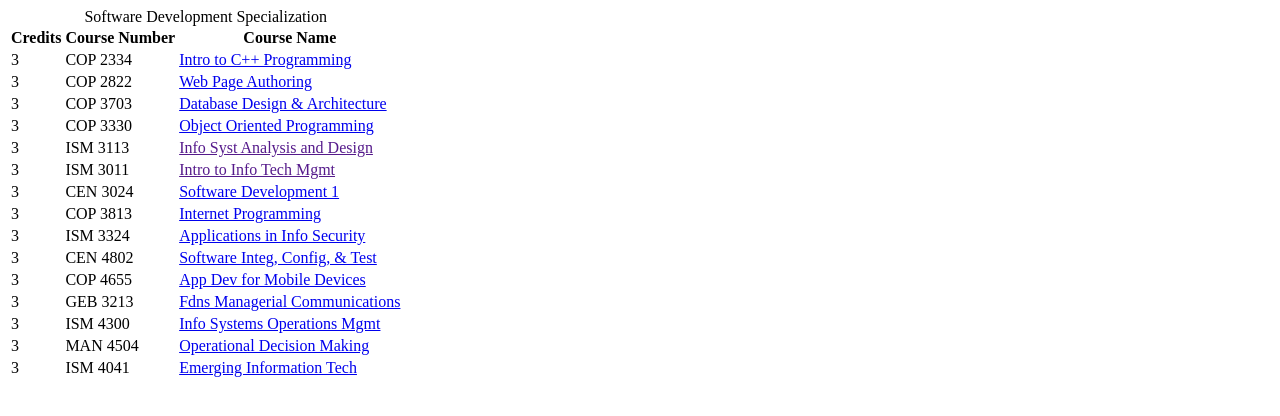
Repository: mlmEFSC21/P3-DegreeSpecializationTable
Page: index.html
An editor plug-in stored every save of this project. The page is shown before and after the next save, followed by the edit.
The browser window is 1280 px wide. The pictures show the whole page.

Above is the page before, as saved 2022-02-01 20:34:17.

### index.html
<!DOCTYPE html>
<html lang="en">
    <head>
        <meta charset="UTF-8" />
        <meta http-equiv="X-UA-Compatible" content="IE=edge" />
        <meta name="viewport" content="width=device-width, initial-scale=1.0" />
        <title>Degree Specialization Table</title>
    </head>
    <body>
        <table>
            <caption class="tableTitle">
                Software Development Specialization
            </caption>
            <tr class="colTitles">
                <th>Credits</th>
                <th>Course Number</th>
                <th>Course Name</th>
            </tr>
            <tr>
                <td>3</td>
                <td>COP 2334</td>
                <td>
                    <a
                        href="https://bannerweb.easternflorida.edu/prod/bwckctlg.p_disp_course_detail?cat_term_in=202210&subj_code_in=COP&crse_numb_in=1000"
                        >Intro to C++ Programming</a
                    >
                </td>
            </tr>
            <tr>
                <td>3</td>
                <td>COP 2822</td>
                <td>
                    <a
                        href="https://bannerweb.easternflorida.edu/prod/bwckctlg.p_disp_course_detail?cat_term_in=202210&subj_code_in=COP&crse_numb_in=2822"
                        >Web Page Authoring</a
                    >
                </td>
            </tr>
            <tr>
                <td>3</td>
                <td>COP 3703</td>
                <td>
                    <a
                        href="https://bannerweb.easternflorida.edu/prod/bwckctlg.p_disp_course_detail?cat_term_in=202210&subj_code_in=COP&crse_numb_in=3703"
                        >Database Design & Architecture</a
                    >
                </td>
            </tr>
            <tr>
                <td>3</td>
                <td>COP 3330</td>
                <td>
                    <a
                        href="https://bannerweb.easternflorida.edu/prod/bwckctlg.p_disp_course_detail?cat_term_in=202210&subj_code_in=COP&crse_numb_in=3330"
                        >Object Oriented Programming</a
                    >
                </td>
            </tr>
            <tr>
                <td>3</td>
                <td>ISM 3113</td>
                <td><a href="">Info Syst Analysis and Design</a></td>
            </tr>
            <tr>
                <td>3</td>
                <td>ISM 3011</td>
                <td><a href="">Intro to Info Tech Mgmt</a></td>
            </tr>
            <tr>
                <td>3</td>
                <td>CEN 3024</td>
                <td>
                    <a
                        href="https://bannerweb.easternflorida.edu/prod/bwckctlg.p_disp_course_detail?cat_term_in=202210&subj_code_in=CEN&crse_numb_in=3024"
                        >Software Development 1</a
                    >
                </td>
            </tr>
            <tr>
                <td>3</td>
                <td>COP 3813</td>
                <td>
                    <a
                        href="https://bannerweb.easternflorida.edu/prod/bwckctlg.p_disp_course_detail?cat_term_in=202210&subj_code_in=COP&crse_numb_in=3813"
                        >Internet Programming</a
                    >
                </td>
            </tr>
            <tr>
                <td>3</td>
                <td>ISM 3324</td>
                <td>
                    <a
                        href="https://bannerweb.easternflorida.edu/prod/bwckctlg.p_disp_course_detail?cat_term_in=202210&subj_code_in=ISM&crse_numb_in=3324"
                        >Applications in Info Security</a
                    >
                </td>
            </tr>
            <tr>
                <td>3</td>
                <td>CEN 4802</td>
                <td>
                    <a
                        href="https://bannerweb.easternflorida.edu/prod/bwckctlg.p_disp_course_detail?cat_term_in=202210&subj_code_in=CEN&crse_numb_in=4802"
                        >Software Integ, Config, & Test</a
                    >
                </td>
            </tr>
            <tr>
                <td>3</td>
                <td>COP 4655</td>
                <td>
                    <a
                        href="https://bannerweb.easternflorida.edu/prod/bwckctlg.p_disp_course_detail?cat_term_in=202210&subj_code_in=COP&crse_numb_in=4655"
                        >App Dev for Mobile Devices</a
                    >
                </td>
            </tr>
            <tr>
                <td>3</td>
                <td>GEB 3213</td>
                <td>
                    <a
                        href="https://bannerweb.easternflorida.edu/prod/bwckctlg.p_disp_course_detail?cat_term_in=202210&subj_code_in=GEB&crse_numb_in=3213"
                        >Fdns Managerial Communications</a
                    >
                </td>
            </tr>
            <tr>
                <td>3</td>
                <td>ISM 4300</td>
                <td>
                    <a
                        href="https://bannerweb.easternflorida.edu/prod/bwckctlg.p_disp_course_detail?cat_term_in=202210&subj_code_in=ISM&crse_numb_in=4300"
                        >Info Systems Operations Mgmt</a
                    >
                </td>
            </tr>
            <tr>
                <td>3</td>
                <td>MAN 4504</td>
                <td>
                    <a
                        href="https://bannerweb.easternflorida.edu/prod/bwckctlg.p_disp_course_detail?cat_term_in=202210&subj_code_in=MAN&crse_numb_in=4504"
                        >Operational Decision Making</a
                    >
                </td>
            </tr>
            <tr>
                <td>3</td>
                <td>ISM 4041</td>
                <td>
                    <a
                        href="https://bannerweb.easternflorida.edu/prod/bwckctlg.p_disp_course_detail?cat_term_in=202210&subj_code_in=ISM&crse_numb_in=4041"
                        >Emerging Information Tech</a
                    >
                </td>
            </tr>
        </table>
    </body>
</html>

After the next save:
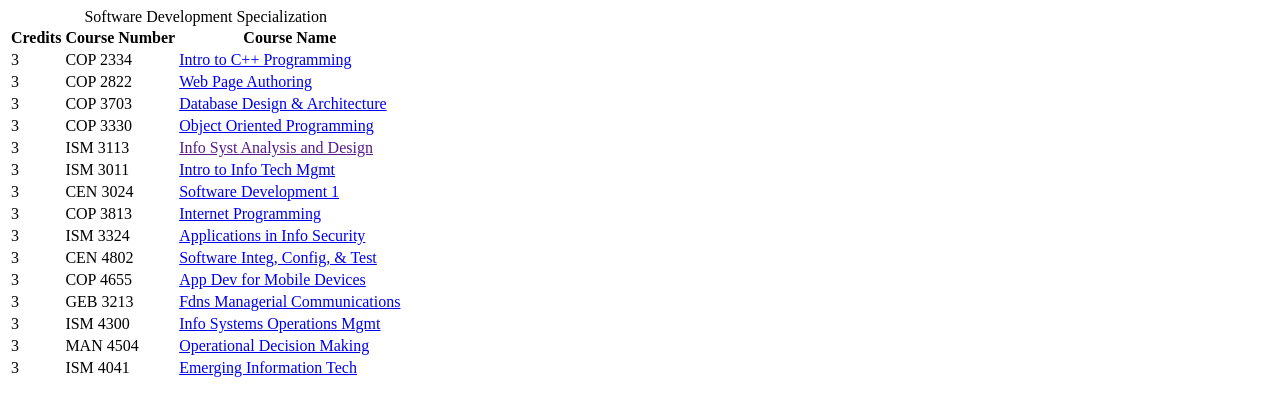
Saved 33 s later.
--- a/index.html
+++ b/index.html
@@ -64,7 +64,12 @@
             <tr>
                 <td>3</td>
                 <td>ISM 3011</td>
-                <td><a href="">Intro to Info Tech Mgmt</a></td>
+                <td>
+                    <a
+                        href="https://bannerweb.easternflorida.edu/prod/bwckctlg.p_disp_course_detail?cat_term_in=202210&subj_code_in=ISM&crse_numb_in=3113"
+                        >Intro to Info Tech Mgmt</a
+                    >
+                </td>
             </tr>
             <tr>
                 <td>3</td>
